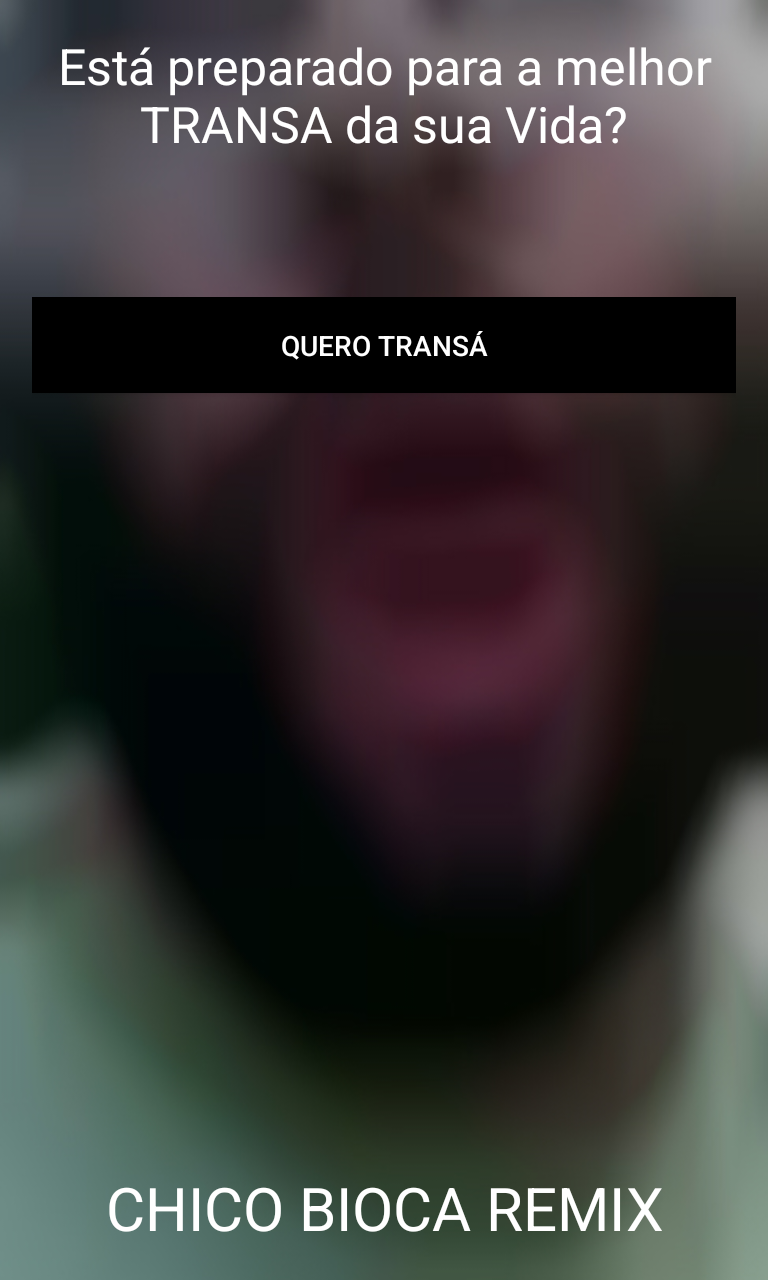
Repository: Cookahn/bioca_sounds
Layout: ChicoBiocaApp/res/layout/activity_main.xml
The author's editor kept a copy of each file at every save. The layout is drawn from the files as they stood at one save, then again after the next save.
It is drawn on a 768 x 1280 px phone screen (xhdpi) without system bars, with theme AppTheme; the app's code is not run.

Above is the layout before, as saved 2014-08-12 13:10:09.

### ChicoBiocaApp/res/layout/activity_main.xml
<LinearLayout xmlns:android="http://schemas.android.com/apk/res/android"
    xmlns:tools="http://schemas.android.com/tools"
    android:layout_width="match_parent"
    android:layout_height="match_parent"
    android:background="@drawable/backgroundtofuck"
    android:orientation="vertical"
    android:paddingBottom="@dimen/activity_vertical_margin"
    android:paddingLeft="@dimen/activity_horizontal_margin"
    android:paddingRight="@dimen/activity_horizontal_margin"
    android:paddingTop="@dimen/activity_vertical_margin"
    tools:context="com.example.chicobiocaapp.MainActivity$PlaceholderFragment" >

    <TextView
        android:layout_width="wrap_content"
        android:layout_height="wrap_content"
        android:gravity="center_horizontal"
        android:text="@string/are_you_ready"
        android:textColor="#fff"
        android:layout_marginBottom="70dp"
        android:textSize="25sp" />

    <LinearLayout
        android:layout_width="match_parent"
        android:layout_height="match_parent"
        android:gravity="center_vertical"
        android:orientation="vertical" >

        <Button
            android:id="@+id/i_want_to_fuck"
            android:layout_width="match_parent"
            android:layout_height="wrap_content"
            android:layout_gravity="center"
            android:background="#000"
            android:text="@string/i_want_to_fuck"
            android:textColor="#fff" />

        <LinearLayout
            android:layout_width="match_parent"
            android:layout_height="match_parent"
            android:gravity="bottom"
            android:orientation="vertical" >

            <TextView
                android:layout_width="match_parent"
                android:layout_height="wrap_content"
                android:gravity="center_horizontal"
                android:text="@string/app_name"
                android:textAllCaps="true"
                android:textColor="#fff"
                android:textSize="30sp" />
        </LinearLayout>
    </LinearLayout>

</LinearLayout>

### ChicoBiocaApp/res/values/strings.xml
<?xml version="1.0" encoding="utf-8"?>
<resources>

    <string name="app_name">Chico Bioca Remix</string>
    <string name="are_you_ready">Está preparado para a melhor TRANSA da sua Vida?</string>
    <string name="action_settings">Settings</string>
    <string name="i_want_to_fuck">Quero Transá</string>

</resources>

Loaded but not shown: ChicoBiocaApp/res/values/styles.xml (common file); ChicoBiocaApp/res/values-v11/styles.xml (common file); ChicoBiocaApp/res/values-v14/styles.xml (common file); ChicoBiocaApp/res/values/dimens.xml (common file); ChicoBiocaApp/res/values-w820dp/dimens.xml (common file)

After the next save:
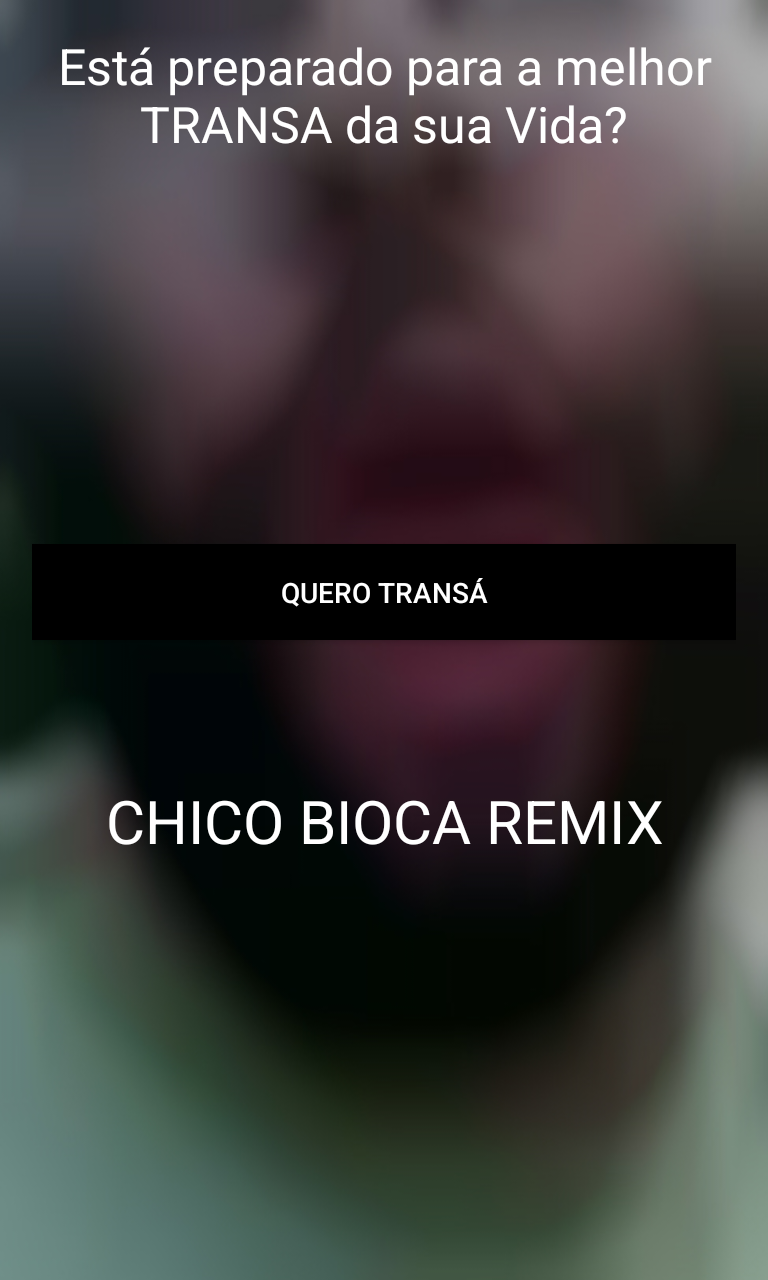
Saved 17 s later.
--- a/ChicoBiocaApp/res/layout/activity_main.xml
+++ b/ChicoBiocaApp/res/layout/activity_main.xml
@@ -2,12 +2,12 @@
     xmlns:tools="http://schemas.android.com/tools"
     android:layout_width="match_parent"
     android:layout_height="match_parent"
-    android:background="@drawable/backgroundtofuck"
     android:orientation="vertical"
     android:paddingBottom="@dimen/activity_vertical_margin"
     android:paddingLeft="@dimen/activity_horizontal_margin"
     android:paddingRight="@dimen/activity_horizontal_margin"
     android:paddingTop="@dimen/activity_vertical_margin"
+    android:background="@drawable/backgroundtofuck"
     tools:context="com.example.chicobiocaapp.MainActivity$PlaceholderFragment" >
 
     <TextView
@@ -16,14 +16,13 @@
         android:gravity="center_horizontal"
         android:text="@string/are_you_ready"
         android:textColor="#fff"
-        android:layout_marginBottom="70dp"
         android:textSize="25sp" />
 
     <LinearLayout
         android:layout_width="match_parent"
         android:layout_height="match_parent"
-        android:gravity="center_vertical"
-        android:orientation="vertical" >
+        android:orientation="vertical"
+        android:gravity="center_vertical" >
 
         <Button
             android:id="@+id/i_want_to_fuck"
@@ -31,24 +30,21 @@
             android:layout_height="wrap_content"
             android:layout_gravity="center"
             android:background="#000"
-            android:text="@string/i_want_to_fuck"
-            android:textColor="#fff" />
+            android:textColor="#fff"
+            android:layout_marginBottom="70dp"
+            android:text="@string/i_want_to_fuck" />
 
-        <LinearLayout
-            android:layout_width="match_parent"
-            android:layout_height="match_parent"
-            android:gravity="bottom"
-            android:orientation="vertical" >
+                <TextView
+                    android:layout_width="match_parent"
+                    android:layout_height="wrap_content"
+                    android:text="@string/app_name"
+                    android:textAllCaps="true"
+                    android:gravity="center_horizontal"
+                    android:textColor="#fff"
+                    android:textSize="30sp" />
 
-            <TextView
-                android:layout_width="match_parent"
-                android:layout_height="wrap_content"
-                android:gravity="center_horizontal"
-                android:text="@string/app_name"
-                android:textAllCaps="true"
-                android:textColor="#fff"
-                android:textSize="30sp" />
-        </LinearLayout>
     </LinearLayout>
 
+
+
 </LinearLayout>
